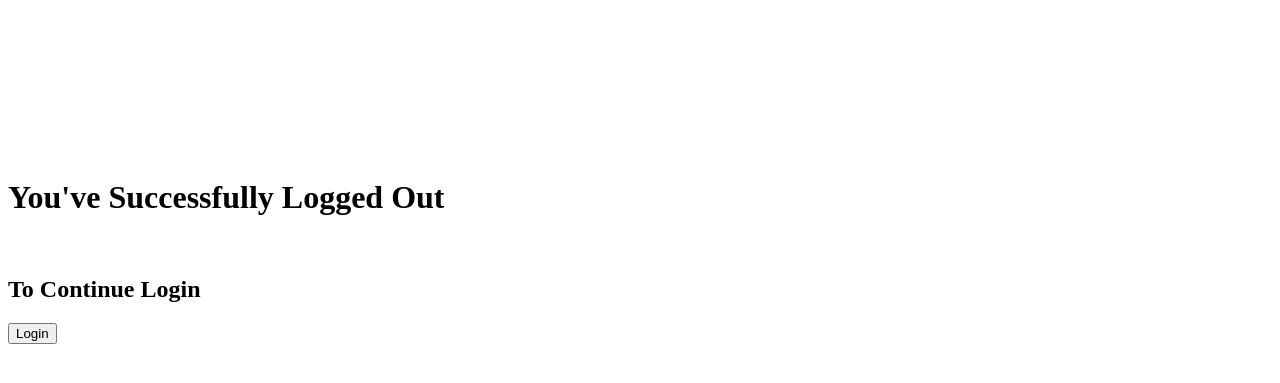
Repository: msibgathulla9980/Servlet
Page: LoginRegistrationApp/WebContent/logout.html
These files come from the project's save history. The page is drawn as it stood at one moment and after the next save; the edit follows.
The browser window is 1280 px wide. The pictures show the whole page.

Above is the page before, as saved 2019-01-23 04:29:06.

After the next save:
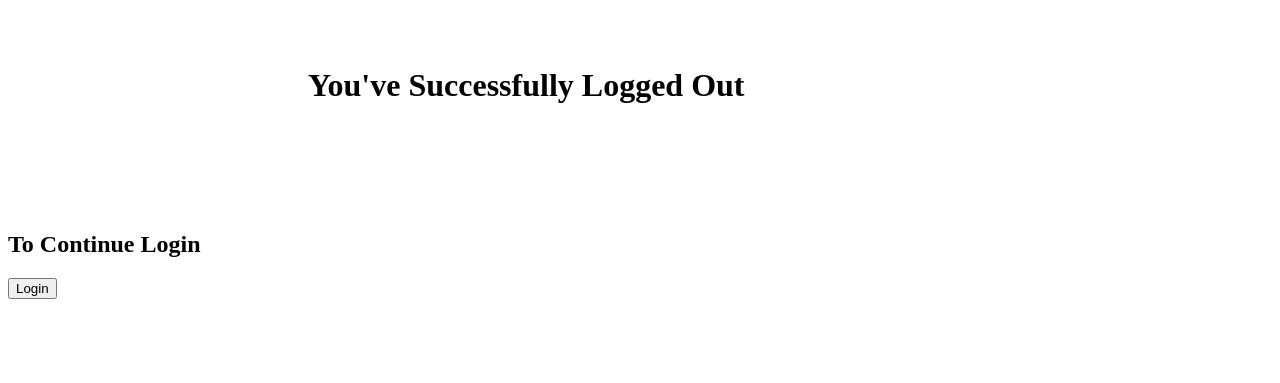
Saved 37 s later.
--- a/LoginRegistrationApp/WebContent/logout.html
+++ b/LoginRegistrationApp/WebContent/logout.html
@@ -4,8 +4,8 @@
 <meta charset="UTF-8">
 <title>LogoutPage</title>
 </head>
-<body><object align="middle"></object>
-<h1>You've Successfully Logged Out</h1><br>
+<body>
+<h1><object align="middle"></object>You've Successfully Logged Out</h1><br>
 <h2>To Continue Login</h2>
 <a href="login.html" ><input type="submit" value="Login"/></a>
 </body>
